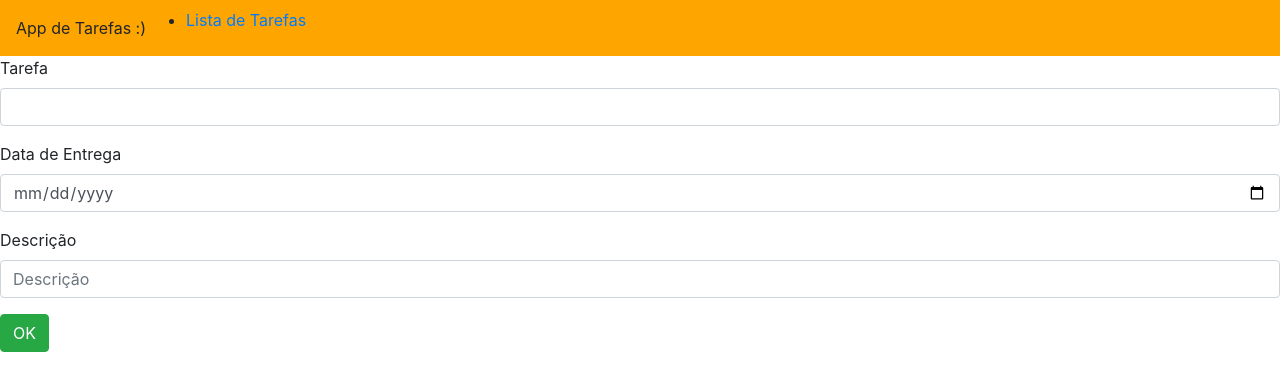
Repository: sophiaks/CRUD
Page: http://localhost/Projeto1/Views/adiciona.jsp
An editor plug-in stored every save of this project. The page is shown before and after the next save, followed by the edit.
The browser window is 1280 px wide. The pictures show the whole page.
The page is served by Tomcat 9. Nobody is signed in. The application's start-up code is not run. Other server files are loaded and not shown.

Above is the page before, as saved 2020-09-23 19:14:38.

### WorkspaceP1/Projeto1/WebContent/Views/adiciona.jsp
<%@ page language="java" contentType="text/html; charset=ISO-8859-1"
    pageEncoding="ISO-8859-1"%>
<%@ taglib uri="http://java.sun.com/jsp/jstl/core" prefix="c" %>
<%@ taglib uri="http://java.sun.com/jsp/jstl/fmt" prefix="fmt" %>
<%@ page import="java.util.*,br.edu.insper.*" %>


<!DOCTYPE html>
<html>
<head>
<meta charset="ISO-8859-1">
<title>Tarefa</title>
<link href="<c:url value="/bootstrap/css/bootstrap.css"/>" rel="stylesheet">
</head>

<body>
	<jsp:useBean id="dao" class="br.edu.insper.DAO"/>
	<header>
		<nav class="navbar navbar-expand-md navbar-dark"
		style="background-color: orange">
		<div>
			App de Tarefas :)
		</div>
		<ul>
			<li><a href="<%=request.getContextPath()%>/Views/lista.jsp">Lista de Tarefas</a></li>
		</ul>


		</nav>
	</header>
	<form action="adiciona" method="post">
		<div class="form-group">
			<label for="nome">Tarefa</label>
			<input type="text" name="nome" class="form-control" id="nome">
		</div>

		<div class="form-group">
			<label for="nome">Data de Entrega</label>
			<input type="date" name="entrega" class="form-control" placeholder="Data de Entrega">
		</div>

		<div class="form-group">
			<label for="descricao">Descrição</label>
			<input type="text" name="descricao" class="form-control" placeholder="Descrição">
		</div>

		<div>
			<input type="submit" value="OK" class="btn btn-success" >
		</div>



	</form>
	<br />



</body>
</html>

### WorkspaceP1/Projeto1/src/br/edu/insper/model/DAO.java
package br.edu.insper;
import java.sql.Connection;
import java.sql.DriverManager;
import java.sql.PreparedStatement;
import java.sql.ResultSet;
import java.sql.SQLException;
import java.util.ArrayList;
import java.util.List;


public class DAO {
	private Connection connection = null;

	public DAO () throws ClassNotFoundException, SQLException {
		Class.forName("com.mysql.jdbc.Driver");
		connection = DriverManager.getConnection("jdbc:mysql://127.0.0.1:3306/tarefas?serverTimezone=UTC", "root", "^^b^@JVg^x!6");
	}

	public List<Tarefa> getLista() throws SQLException {
		List<Tarefa> tarefas = new ArrayList<Tarefa>();

		PreparedStatement stmt = connection.prepareStatement("SELECT * FROM tarefa;");
		ResultSet rs = stmt.executeQuery();

		while (rs.next()) {
			Tarefa tarefa = new Tarefa();

			tarefa.setId(rs.getInt("id"));
			tarefa.setNome(rs.getString("tarefa"));
			tarefa.setEntrega(rs.getString("data"));
			tarefa.setDescricao(rs.getString("descricao"));
			tarefas.add(tarefa);
			}

		rs.close();
		stmt.close();

		return tarefas;

		}

	public void close() throws SQLException {
		connection.close();
	}

	public void adiciona(Tarefa tarefa) throws SQLException {
		String sql = "INSERT INTO Tarefa" + "(tarefa, data, descricao) VALUES (?,?,?)";
		PreparedStatement stmt = connection.prepareStatement(sql);
		stmt.setString(1, tarefa.getNome());
		stmt.setString(2, tarefa.getEntrega());
		stmt.setString(3, tarefa.getDescricao());
		stmt.execute();
		stmt.close();
	}

	public void atualiza(Tarefa tarefa) throws SQLException {
		String sql = "UPDATE Tarefa SET " + "tarefa=?, data=?, descricao=? WHERE id=?";
		PreparedStatement stmt = connection.prepareStatement(sql);
		stmt.setString(1, tarefa.getNome());
		stmt.setString(2, tarefa.getEntrega());
		stmt.setString(3, tarefa.getDescricao());
		stmt.setInt(4, tarefa.getId());
		stmt.execute();
		stmt.close();
	}

	public void remove(Integer id) throws SQLException {
		PreparedStatement stmt = connection.prepareStatement("DELETE FROM Tarefa WHERE id=?");
		stmt.setInt(1,  id);
		stmt.execute();
		stmt.close();
	}
}

Loaded but not shown: WorkspaceP1/Projeto1/WebContent/bootstrap/css/bootstrap.css (library)

After the next save:
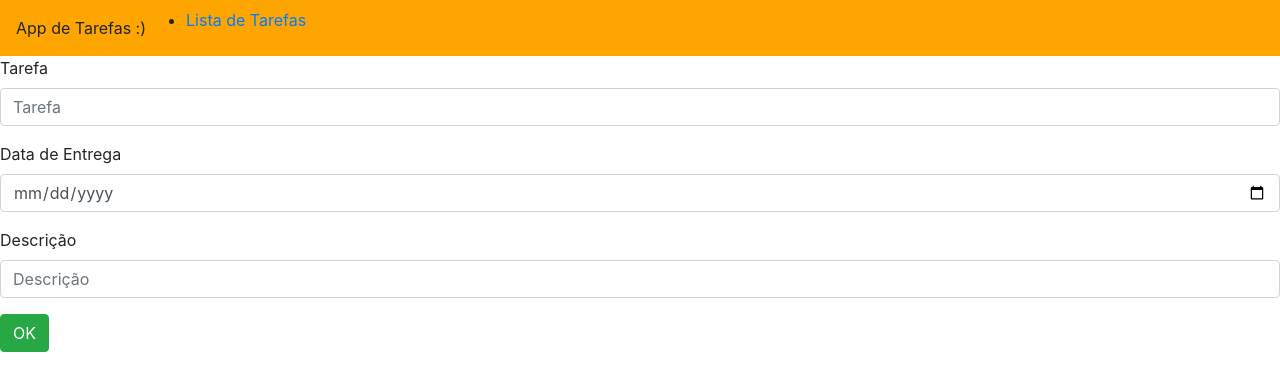
Saved 24 s later.
--- a/WorkspaceP1/Projeto1/WebContent/Views/adiciona.jsp
+++ b/WorkspaceP1/Projeto1/WebContent/Views/adiciona.jsp
@@ -31,7 +31,7 @@
 	<form action="adiciona" method="post">
 		<div class="form-group">
 			<label for="nome">Tarefa</label>
-			<input type="text" name="nome" class="form-control" id="nome">
+			<input type="text" name="nome" class="form-control" placeholder="Tarefa">
 		</div>
 
 		<div class="form-group">
